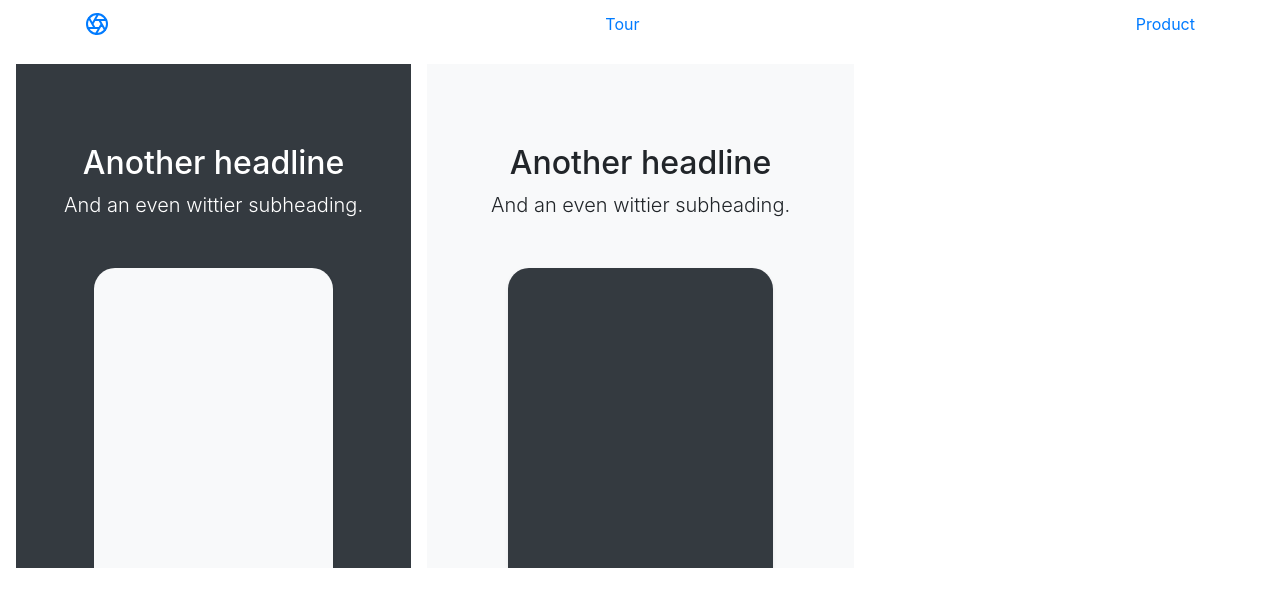
Repository: mapp1990/pasarela
Page: http://localhost/producto
These files come from the project's save history. The page is drawn as it stood at one moment and after the next save; the edit follows.
The browser window is 1280 px wide. The pictures show the whole page.
The page is served by the project's Laravel application, run on PHP 8.4 with Laravel 9. Other server files are loaded and not shown.

Above is the page before, as saved 2022-05-27 17:32:51.

### routes/web.php
<?php

use Illuminate\Support\Facades\Route;
use App\Http\Controllers\ProductoController;
/*
|--------------------------------------------------------------------------
| Web Routes
|--------------------------------------------------------------------------
|
| Here is where you can register web routes for your application. These
| routes are loaded by the RouteServiceProvider within a group which
| contains the "web" middleware group. Now create something great!
|
*/

Route::get('/', function () {
    return view('welcome');
});

Route::get('/producto', [ProductoController::class, 'index']);

### app/Http/Controllers/ProductoController.php
<?php

namespace App\Http\Controllers;

use Illuminate\Http\Request;

class ProductoController extends Controller
{
    public function index(){ return view( 'productos' ); }
}

### resources/views/productos.blade.php
<!doctype html>
<link rel="stylesheet" href="https://cdn.jsdelivr.net/npm/bootstrap@4.6.1/dist/css/bootstrap.min.css" integrity="sha384-zCbKRCUGaJDkqS1kPbPd7TveP5iyJE0EjAuZQTgFLD2ylzuqKfdKlfG/eSrtxUkn" crossorigin="anonymous">
<html lang="es">
  <head>
    <meta charset="utf-8">
    <meta name="viewport" content="width=device-width, initial-scale=1">
    <title>Bootstrap demo</title>
  </head>
  <body class="body">
    <nav class="site-header sticky-top py-1">
        <div class="container d-flex flex-column flex-md-row justify-content-between">
            <a class="py-2" href="#" aria-label="Product">
            <svg xmlns="http://www.w3.org/2000/svg" width="24" height="24" fill="none" stroke="currentColor" stroke-linecap="round" stroke-linejoin="round" stroke-width="2" class="d-block mx-auto" role="img" viewBox="0 0 24 24" focusable="false"><title>Product</title><circle cx="12" cy="12" r="10"></circle><path d="M14.31 8l5.74 9.94M9.69 8h11.48M7.38 12l5.74-9.94M9.69 16L3.95 6.06M14.31 16H2.83m13.79-4l-5.74 9.94"></path></svg>
            </a>
            <a class="py-2 d-none d-md-inline-block" href="#">Tour</a>
            <a class="py-2 d-none d-md-inline-block" href="#">Product</a>
        </div>
    </nav>

    <div class="d-md-flex flex-md-equal w-100 my-md-3 pl-md-3">
        <div class="bg-dark mr-md-3 pt-3 px-3 pt-md-5 px-md-5 text-center text-white overflow-hidden">
            <div class="my-3 py-3">
            <h2 class="display-5">Another headline</h2>
            <p class="lead">And an even wittier subheading.</p>
            </div>
            <div class="bg-light shadow-sm mx-auto" style="width: 80%; height: 300px; border-radius: 21px 21px 0 0;"></div>
        </div>
        <div class="bg-light mr-md-3 pt-3 px-3 pt-md-5 px-md-5 text-center overflow-hidden">
            <div class="my-3 p-3">
            <h2 class="display-5">Another headline</h2>
            <p class="lead">And an even wittier subheading.</p>
            </div>
            <div class="bg-dark shadow-sm mx-auto" style="width: 80%; height: 300px; border-radius: 21px 21px 0 0;"></div>
        </div>
    </div>

  </body>
</html>

Loaded but not shown: app/Providers/AppServiceProvider.php (common file); app/Http/Controllers/Controller.php (common file)

After the next save:
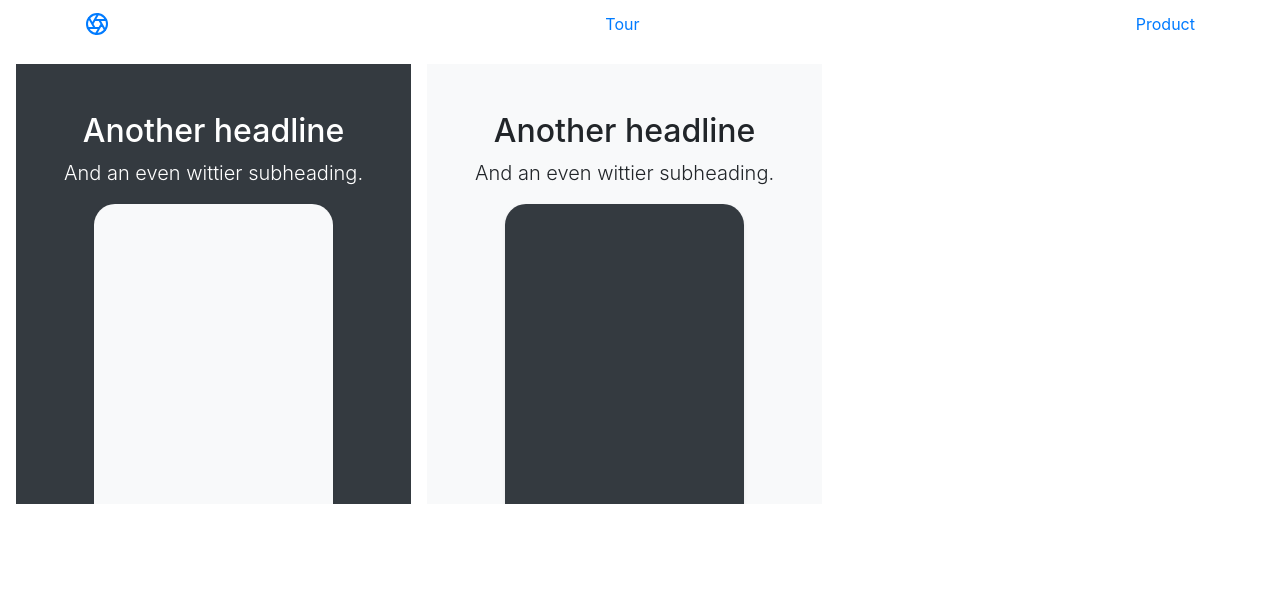
Saved 37 s later.
--- a/resources/views/productos.blade.php
+++ b/resources/views/productos.blade.php
@@ -19,14 +19,14 @@
 
     <div class="d-md-flex flex-md-equal w-100 my-md-3 pl-md-3">
         <div class="bg-dark mr-md-3 pt-3 px-3 pt-md-5 px-md-5 text-center text-white overflow-hidden">
-            <div class="my-3 py-3">
+            <div class="my-6 py-6">
             <h2 class="display-5">Another headline</h2>
             <p class="lead">And an even wittier subheading.</p>
             </div>
             <div class="bg-light shadow-sm mx-auto" style="width: 80%; height: 300px; border-radius: 21px 21px 0 0;"></div>
         </div>
         <div class="bg-light mr-md-3 pt-3 px-3 pt-md-5 px-md-5 text-center overflow-hidden">
-            <div class="my-3 p-3">
+            <div class="my-6 p-6">
             <h2 class="display-5">Another headline</h2>
             <p class="lead">And an even wittier subheading.</p>
             </div>
